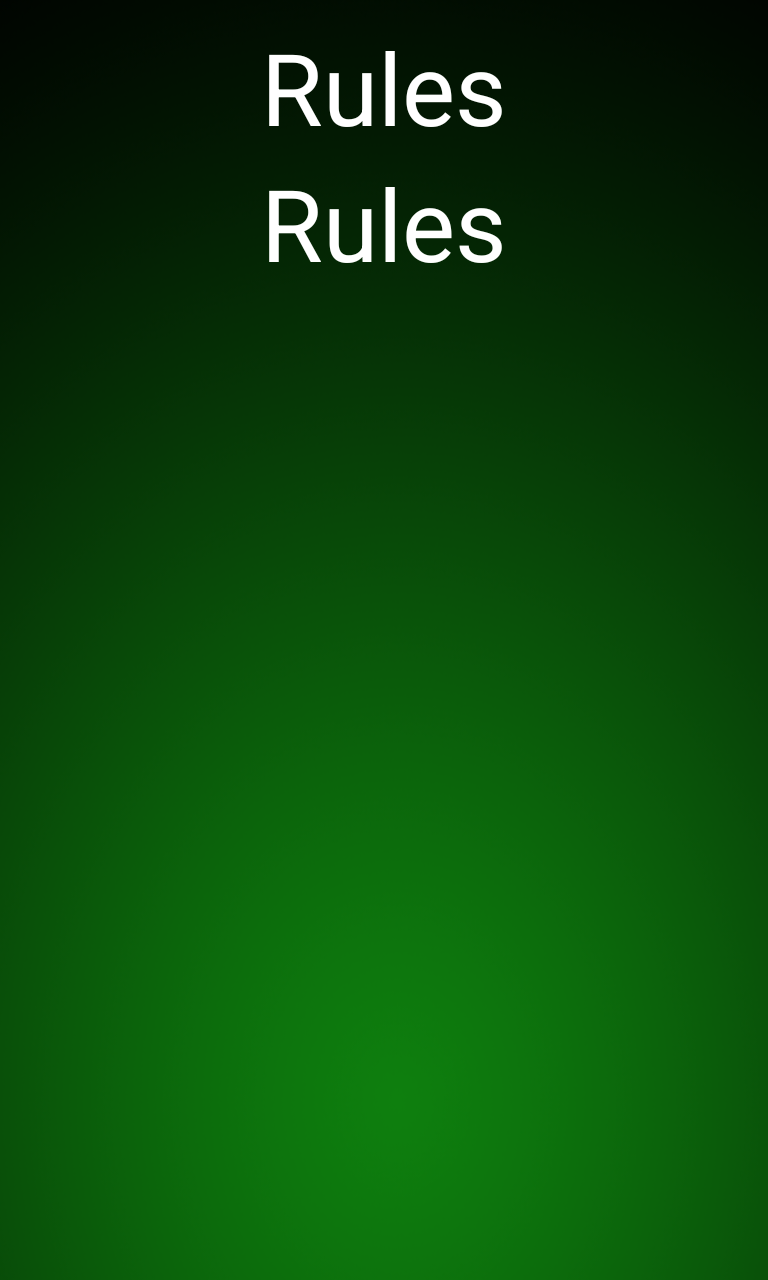
Repository: jwu14/AAProductions
Layout: EgyptianRatscrew/res/layout/activity_rules.xml
These files come from the project's save history. The layout is drawn as it stood at one moment and after the next save; the edit follows.
It is drawn on a 768 x 1280 px phone screen (xhdpi) without system bars, with theme AppTheme; the app's code is not run.

Above is the layout before, as saved 2013-03-06 21:03:04.

After the next save:
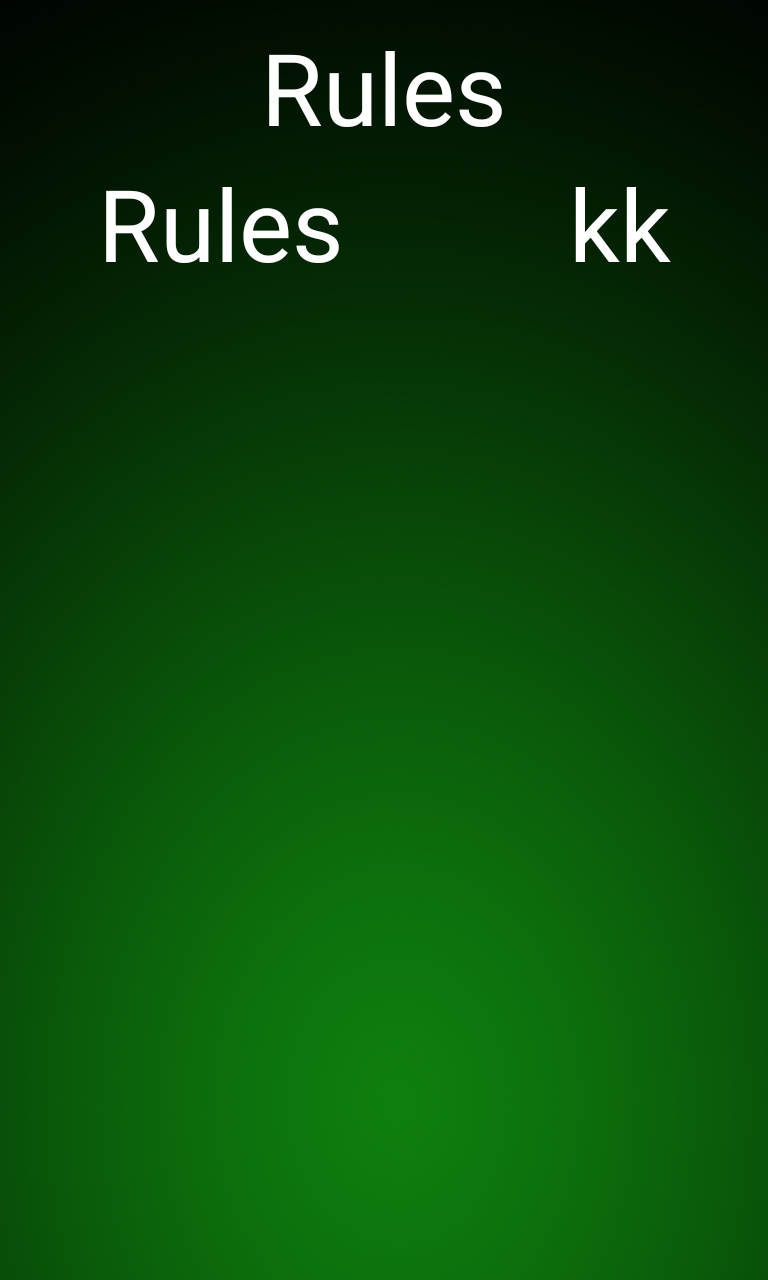
Saved 9 s later.
--- a/EgyptianRatscrew/res/layout/activity_rules.xml
+++ b/EgyptianRatscrew/res/layout/activity_rules.xml
@@ -26,7 +26,8 @@
         android:layout_weight="0.23"
         android:clickable="false"
         android:gravity="center_horizontal"
-        android:text="Rules"
+        android:text="Rules
+        kk"
         android:textColor="#FFFFFF"
         android:textSize="50sp" />
 
